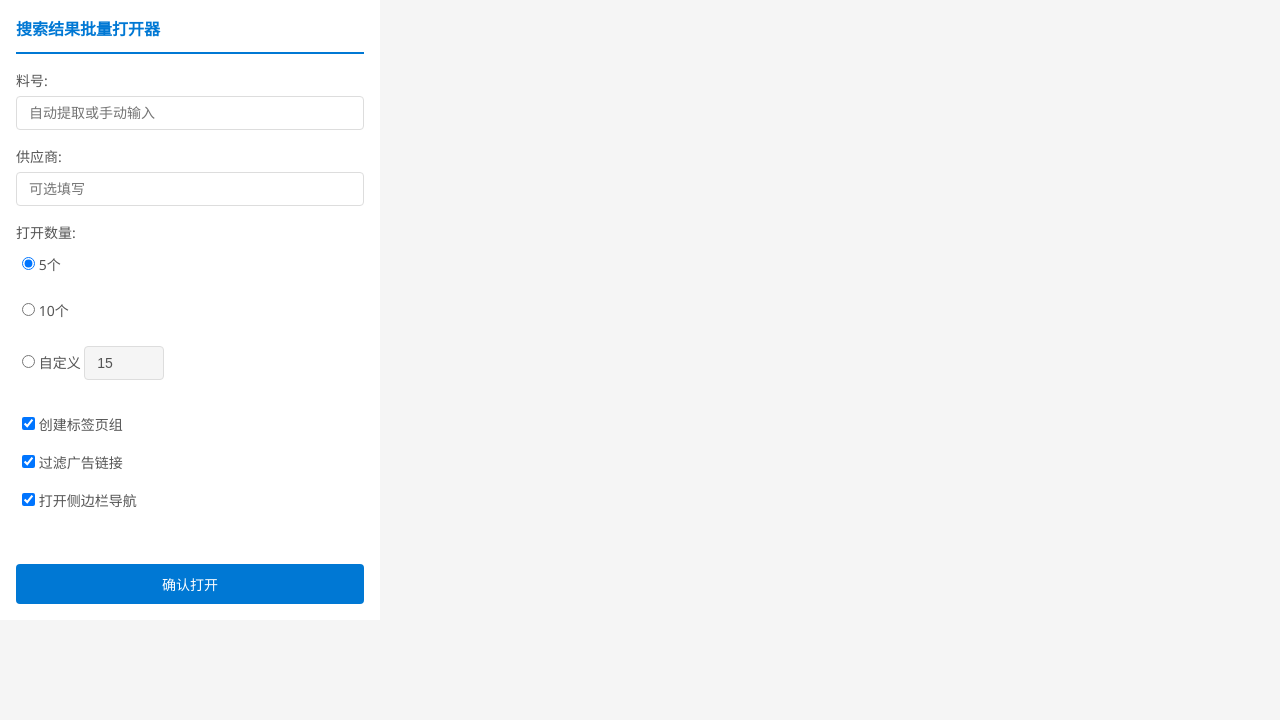
Repository: wofa24/search-result-opener
Page: search-result-opener/popup.html
These files come from the project's save history. The page is drawn as it stood at one moment and after the next save; the edit follows.
The browser window is 1280 px wide. The pictures show the whole page.

Above is the page before, as saved 2026-04-03 01:29:00.

### search-result-opener/popup.html
<!DOCTYPE html>
<html lang="zh-CN">
<head>
  <meta charset="UTF-8">
  <meta name="viewport" content="width=device-width, initial-scale=1.0">
  <title>搜索结果批量打开器</title>
  <link rel="stylesheet" href="popup.css">
</head>
<body>
  <div class="container">
    <div class="header">
      <h2>搜索结果批量打开器</h2>
    </div>

    <div class="form-group">
      <label for="partNumber">料号:</label>
      <input type="text" id="partNumber" placeholder="自动提取或手动输入">
    </div>

    <div class="form-group">
      <label for="supplier">供应商:</label>
      <input type="text" id="supplier" placeholder="可选填写">
    </div>

    <div class="form-group">
      <label>打开数量:</label>
      <div class="radio-group">
        <label class="radio-label">
          <input type="radio" name="count" value="5" checked>
          <span>5个</span>
        </label>
        <label class="radio-label">
          <input type="radio" name="count" value="10">
          <span>10个</span>
        </label>
        <label class="radio-label">
          <input type="radio" name="count" value="custom">
          <span>自定义</span>
          <input type="number" id="customCount" min="1" max="50" value="15" disabled>
        </label>
      </div>
    </div>

    <div class="form-group">
      <label class="checkbox-label">
        <input type="checkbox" id="createGroup" checked>
        <span>创建标签页组</span>
      </label>
      <label class="checkbox-label">
        <input type="checkbox" id="filterAds" checked>
        <span>过滤广告链接</span>
      </label>
      <label class="checkbox-label">
        <input type="checkbox" id="openSidebar" checked>
        <span>打开侧边栏导航</span>
      </label>
    </div>

    <div class="status" id="status"></div>

    <div class="button-group">
      <button id="confirmBtn" class="btn btn-primary">确认打开</button>
    </div>
  </div>

  <script src="popup.js"></script>
</body>
</html>

### search-result-opener/popup.css
* {
  margin: 0;
  padding: 0;
  box-sizing: border-box;
}

body {
  width: 380px;
  font-family: 'Microsoft YaHei', 'Segoe UI', Arial, sans-serif;
  font-size: 14px;
  color: #333;
  background: #f5f5f5;
}

.container {
  padding: 16px;
  background: white;
}

.header {
  margin-bottom: 16px;
  padding-bottom: 12px;
  border-bottom: 2px solid #0078d4;
}

.header h2 {
  font-size: 16px;
  color: #0078d4;
  font-weight: 600;
}

.form-group {
  margin-bottom: 16px;
}

.form-group label {
  display: block;
  margin-bottom: 6px;
  font-weight: 500;
  color: #555;
}

.form-group input[type="text"],
.form-group input[type="number"] {
  width: 100%;
  padding: 8px 12px;
  border: 1px solid #ddd;
  border-radius: 4px;
  font-size: 14px;
  transition: border-color 0.3s;
}

.form-group input[type="text"]:focus,
.form-group input[type="number"]:focus {
  outline: none;
  border-color: #0078d4;
}

.radio-group {
  display: flex;
  flex-direction: column;
  gap: 8px;
}

.radio-label {
  display: flex;
  align-items: center;
  gap: 8px;
  cursor: pointer;
  padding: 6px;
  border-radius: 4px;
  transition: background-color 0.2s;
}

.radio-label:hover {
  background-color: #f0f0f0;
}

.radio-label input[type="radio"] {
  cursor: pointer;
}

.radio-label span {
  flex-shrink: 0;
}

.radio-label input[type="number"] {
  width: 80px;
  margin-left: auto;
}

.radio-label input[type="number"]:disabled {
  background-color: #f5f5f5;
  cursor: not-allowed;
}

.checkbox-label {
  display: flex;
  align-items: center;
  gap: 8px;
  margin-bottom: 8px;
  cursor: pointer;
  padding: 6px;
  border-radius: 4px;
  transition: background-color 0.2s;
}

.checkbox-label:hover {
  background-color: #f0f0f0;
}

.checkbox-label input[type="checkbox"] {
  cursor: pointer;
}

.status {
  min-height: 20px;
  padding: 8px;
  margin-bottom: 12px;
  border-radius: 4px;
  font-size: 13px;
  text-align: center;
}

.status.info {
  background-color: #e3f2fd;
  color: #1976d2;
}

.status.error {
  background-color: #ffebee;
  color: #c62828;
}

.status.success {
  background-color: #e8f5e9;
  color: #2e7d32;
}

.button-group {
  display: flex;
  gap: 8px;
}

.btn {
  flex: 1;
  padding: 10px 16px;
  border: none;
  border-radius: 4px;
  font-size: 14px;
  font-weight: 500;
  cursor: pointer;
  transition: all 0.3s;
}

.btn-primary {
  background-color: #0078d4;
  color: white;
}

.btn-primary:hover {
  background-color: #005a9e;
}

.btn-primary:active {
  transform: scale(0.98);
}

.btn:disabled {
  background-color: #ccc;
  cursor: not-allowed;
}

### search-result-opener/popup.js
// 页面加载时初始化
document.addEventListener('DOMContentLoaded', async () => {
  // 加载搜索信息
  await loadSearchInfo();

  // 设置事件监听器
  setupEventListeners();
});

// 加载搜索信息
async function loadSearchInfo() {
  try {
    const [tab] = await chrome.tabs.query({ active: true, currentWindow: true });

    // 检查是否在搜索结果页
    if (!isSearchPage(tab.url)) {
      showStatus('请在Bing或Google页面使用此插件', 'error');
      document.getElementById('confirmBtn').disabled = true;
      return;
    }

    // 等待一下让content script加载
    await new Promise(resolve => setTimeout(resolve, 100));

    // 从content script获取搜索信息
    chrome.tabs.sendMessage(tab.id, { action: 'getSearchQuery' }, (response) => {
      if (chrome.runtime.lastError) {
        console.error('Error:', chrome.runtime.lastError);
        // 即使获取失败也允许手动输入
        showStatus('请手动输入料号和供应商', 'info');
        return;
      }

      if (response && response.query) {
        const words = response.query.trim().split(/\s+/);

        // 第一个词作为料号
        document.getElementById('partNumber').value = words[0] || '';

        // 其余词作为供应商
        document.getElementById('supplier').value = words.slice(1).join(' ') || '';
      }
    });
  } catch (error) {
    console.error('Error loading search info:', error);
  }
}

// 检查是否是搜索页面
function isSearchPage(url) {
  return url.includes('bing.com') ||
         url.includes('google.com') ||
         url.includes('google.com.hk');
}

// 设置事件监听器
function setupEventListeners() {
  // 自定义数量单选按钮
  const customRadio = document.querySelector('input[value="custom"]');
  const customCountInput = document.getElementById('customCount');

  document.querySelectorAll('input[name="count"]').forEach(radio => {
    radio.addEventListener('change', (e) => {
      customCountInput.disabled = e.target.value !== 'custom';
    });
  });

  // 确认按钮
  document.getElementById('confirmBtn').addEventListener('click', handleConfirm);
}

// 处理确认按钮点击
async function handleConfirm() {
  const partNumber = document.getElementById('partNumber').value.trim();
  const supplier = document.getElementById('supplier').value.trim();

  if (!partNumber) {
    showStatus('请输入料号', 'error');
    return;
  }

  // 获取选择的数量
  const count = getSelectedCount();

  // 获取选项
  const createGroup = document.getElementById('createGroup').checked;
  const filterAds = document.getElementById('filterAds').checked;
  const openSidebar = document.getElementById('openSidebar').checked;

  // 禁用按钮，显示加载状态
  const btn = document.getElementById('confirmBtn');
  btn.disabled = true;

  try {
    const [tab] = await chrome.tabs.query({ active: true, currentWindow: true });

    // 检查是否在搜索结果页
    const isOnSearchResultPage = tab.url.includes('/search?q=') || tab.url.includes('/search?');

    if (!isOnSearchResultPage) {
      // 不在搜索结果页，先执行搜索
      showStatus('正在搜索...', 'info');
      await performSearch(tab.id, partNumber, supplier, count, createGroup, filterAds, openSidebar);
    } else {
      // 已经在搜索结果页，直接提取
      showStatus('正在提取搜索结果...', 'info');
      await extractAndOpen(tab.id, partNumber, supplier, count, createGroup, filterAds, openSidebar);
    }
  } catch (error) {
    showStatus('发生错误: ' + error.message, 'error');
    btn.disabled = false;
  }
}

// 执行搜索
async function performSearch(tabId, partNumber, supplier, count, createGroup, filterAds, openSidebar) {
  const searchQuery = supplier ? `${partNumber} ${supplier}` : partNumber;

  return new Promise((resolve, reject) => {
    chrome.tabs.sendMessage(tabId, {
      action: 'performSearch',
      query: searchQuery
    }, async (response) => {
      if (chrome.runtime.lastError) {
        showStatus('搜索失败: ' + chrome.runtime.lastError.message, 'error');
        document.getElementById('confirmBtn').disabled = false;
        reject(chrome.runtime.lastError);
        return;
      }

      if (response && response.success) {
        // 等待页面加载和导航完成
        showStatus('等待搜索结果加载...', 'info');

        // 监听标签页更新
        const updateListener = (updatedTabId, changeInfo, updatedTab) => {
          if (updatedTabId === tabId && changeInfo.status === 'complete') {
            chrome.tabs.onUpdated.removeListener(updateListener);

            // 再等待一下确保content script加载
            setTimeout(async () => {
              await extractAndOpen(tabId, partNumber, supplier, count, createGroup, filterAds, openSidebar);
              resolve();
            }, 1000);
          }
        };

        chrome.tabs.onUpdated.addListener(updateListener);

        // 设置超时
        setTimeout(() => {
          chrome.tabs.onUpdated.removeListener(updateListener);
          showStatus('搜索超时，请重试', 'error');
          document.getElementById('confirmBtn').disabled = false;
          reject(new Error('Timeout'));
        }, 10000);
      } else {
        showStatus('搜索失败，请检查页面', 'error');
        document.getElementById('confirmBtn').disabled = false;
        reject(new Error('Search failed'));
      }
    });
  });
}

// 提取链接并打开
async function extractAndOpen(tabId, partNumber, supplier, count, createGroup, filterAds, openSidebar) {
  return new Promise((resolve, reject) => {
    chrome.tabs.sendMessage(tabId, {
      action: 'extractLinks',
      count: count,
      filterAds: filterAds
    }, (response) => {
      if (chrome.runtime.lastError) {
        showStatus('提取失败: ' + chrome.runtime.lastError.message, 'error');
        document.getElementById('confirmBtn').disabled = false;
        reject(chrome.runtime.lastError);
        return;
      }

      if (response && response.links && response.links.length > 0) {
        showStatus(`找到 ${response.links.length} 个结果，正在打开...`, 'info');

        // 发送到background打开链接
        chrome.runtime.sendMessage({
          action: 'openLinks',
          links: response.links,
          partNumber: partNumber,
          supplier: supplier,
          createGroup: createGroup,
          openSidebar: openSidebar
        }, (result) => {
          if (result && result.success) {
            showStatus('成功打开 ' + response.links.length + ' 个页面！', 'success');
            setTimeout(() => window.close(), 1000);
            resolve();
          } else {
            showStatus('打开失败: ' + (result?.error || '未知错误'), 'error');
            document.getElementById('confirmBtn').disabled = false;
            reject(new Error('Open failed'));
          }
        });
      } else {
        showStatus('未找到搜索结果，请检查页面', 'error');
        document.getElementById('confirmBtn').disabled = false;
        reject(new Error('No results'));
      }
    });
  });
}

// 获取选择的数量
function getSelectedCount() {
  const selectedRadio = document.querySelector('input[name="count"]:checked');
  if (selectedRadio.value === 'custom') {
    return parseInt(document.getElementById('customCount').value) || 15;
  }
  return parseInt(selectedRadio.value);
}

// 显示状态消息
function showStatus(message, type = 'info') {
  const statusDiv = document.getElementById('status');
  statusDiv.textContent = message;
  statusDiv.className = 'status ' + type;
}

After the next save:
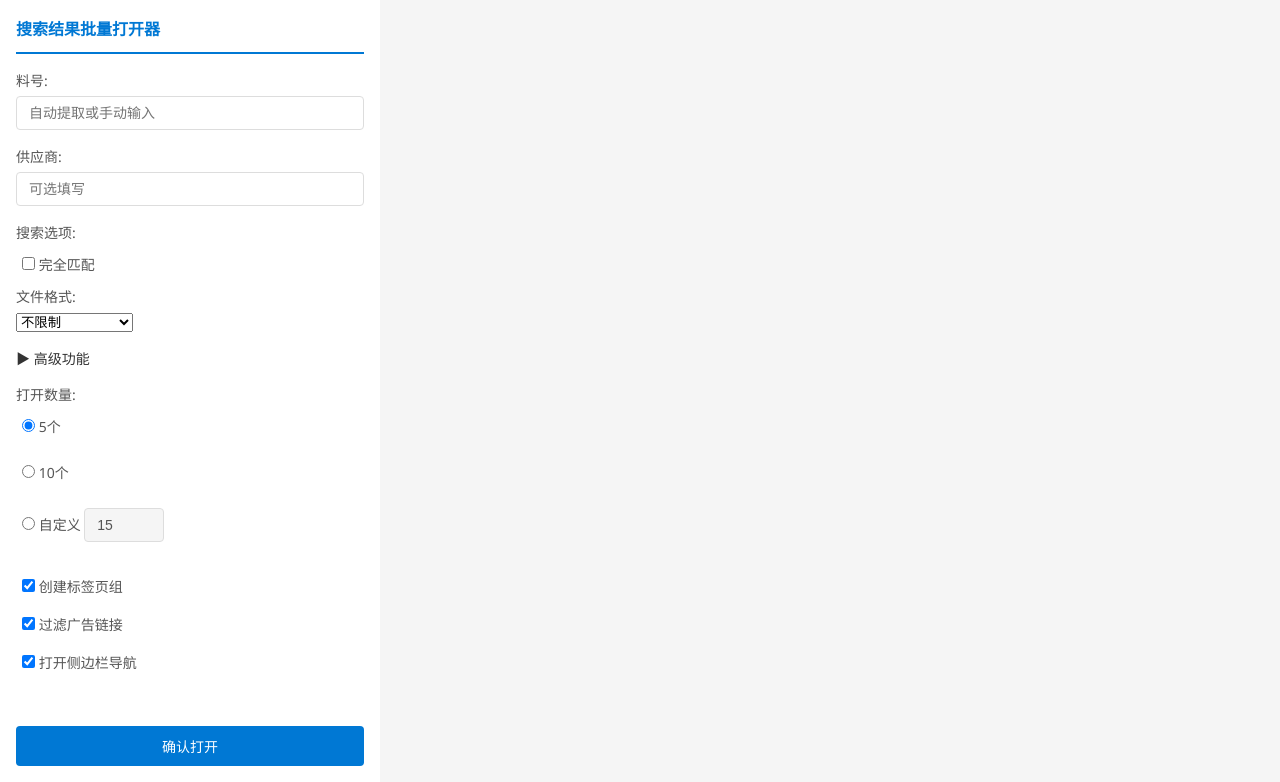
Saved 12 min 14 s later.
--- a/search-result-opener/popup.html
+++ b/search-result-opener/popup.html
@@ -20,6 +20,48 @@
     <div class="form-group">
       <label for="supplier">供应商:</label>
       <input type="text" id="supplier" placeholder="可选填写">
+    </div>
+
+    <div class="form-group">
+      <label>搜索选项:</label>
+      <label class="checkbox-label">
+        <input type="checkbox" id="exactMatch">
+        <span>完全匹配</span>
+      </label>
+
+      <label for="fileType">文件格式:</label>
+      <select id="fileType" class="select-input">
+        <option value="none">不限制</option>
+        <option value="pdf">PDF</option>
+        <option value="doc">DOC/DOCX</option>
+        <option value="xls">XLS/XLSX</option>
+        <option value="image">图片(JPG/PNG)</option>
+      </select>
+    </div>
+
+    <div class="form-group">
+      <div class="advanced-toggle" id="advancedToggle">
+        <span class="toggle-icon">▶</span>
+        <span>高级功能</span>
+      </div>
+
+      <div class="advanced-options" id="advancedOptions" style="display: none;">
+        <label for="siteLimit">站点限定:</label>
+        <select id="siteLimit" class="select-input">
+          <option value="none">不限制</option>
+          <option value="alibaba">阿里巴巴(1688.com)</option>
+          <option value="taobao">淘宝(taobao.com)</option>
+          <option value="jd">京东(jd.com)</option>
+          <option value="tmall">天猫(tmall.com)</option>
+        </select>
+
+        <label for="excludeSite">排除站点:</label>
+        <select id="excludeSite" class="select-input">
+          <option value="none">无</option>
+          <option value="forums">论坛/博客</option>
+          <option value="qa">问答网站(知乎/百度知道)</option>
+        </select>
+      </div>
     </div>
 
     <div class="form-group">
